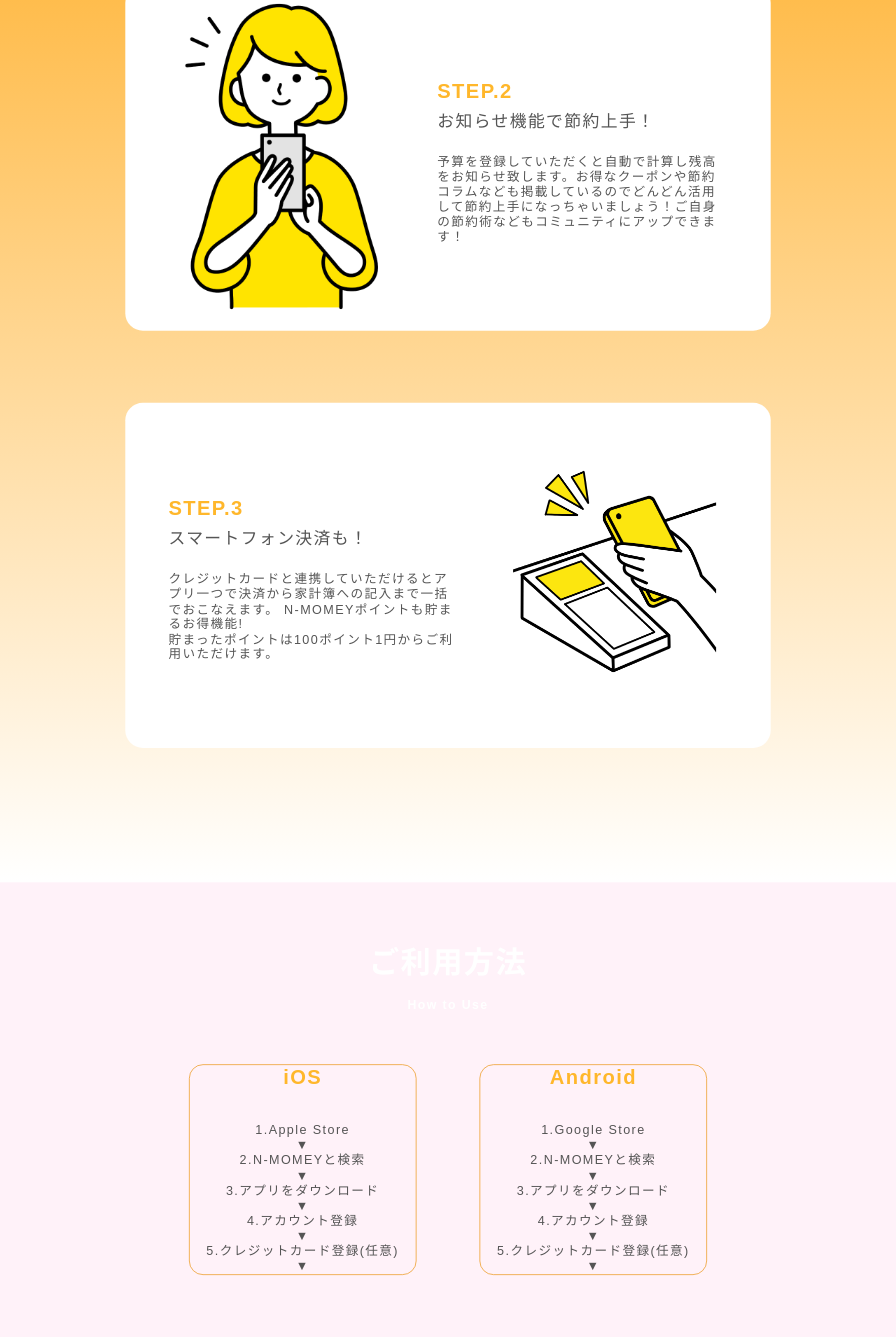
Repository: nozomi-23/lp2_test
Page: index.html
An editor plug-in stored every save of this project. The page is shown before and after a run of saves, followed by the edit.
The browser window is 1280 px wide. The pictures show the part of the page from y = 1919 to 3839 px (the page is 3829 px tall before and 3839 px after), at 70% of full size.
Some web fonts or font styles are not loaded; a fallback is used.

Above is the page before, as saved 2022-06-18 15:37:41.

After the next 5 saves:
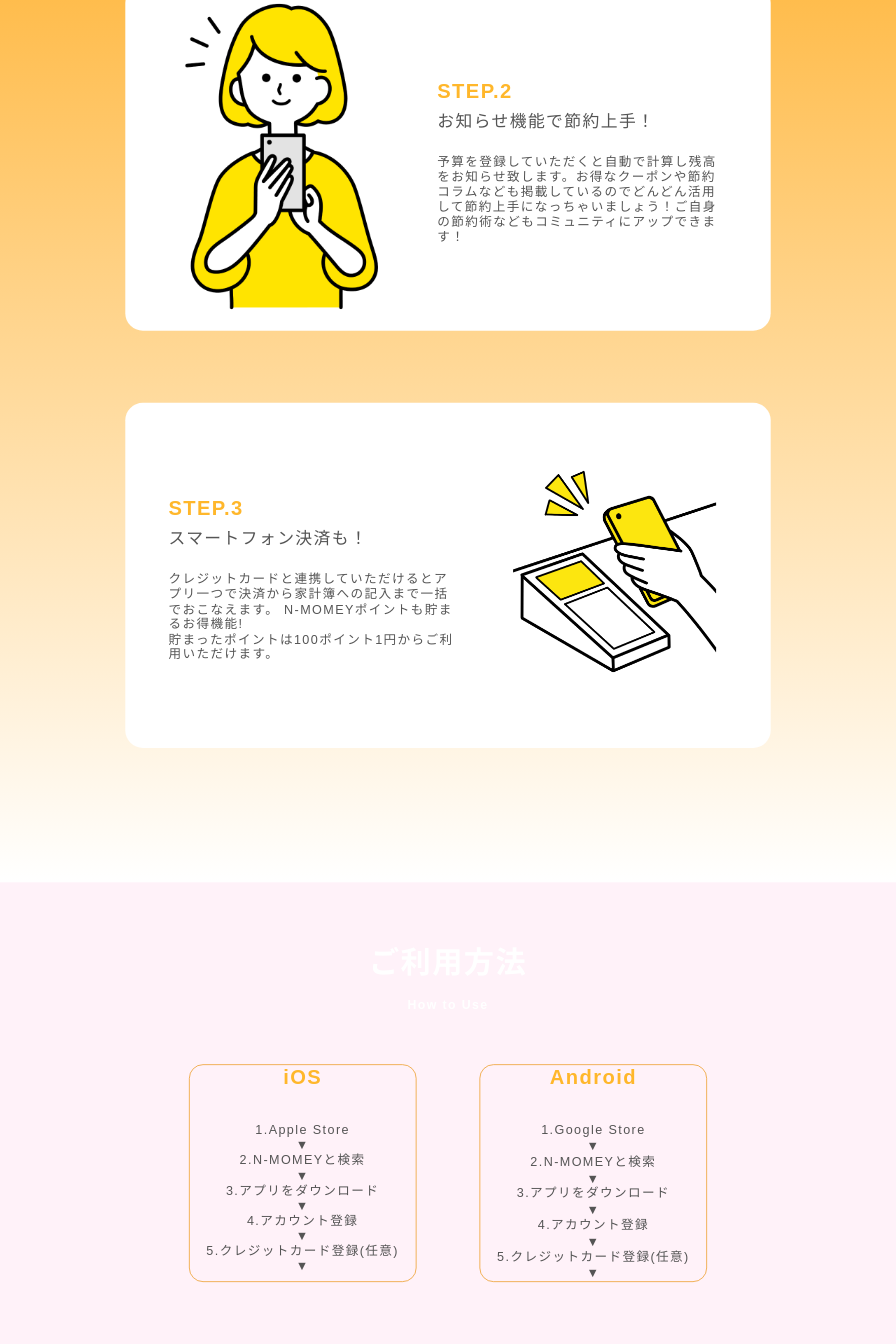
The 5 saves are shown as one change because they came seconds apart.
The last was saved 14 s later.
--- a/css/common.css
+++ b/css/common.css
@@ -235,4 +235,6 @@ how
   font-size: 1.8rem;
   margin-bottom: 15%;
 }
-.how_list
+.how_list li {
+  padding-bottom: 2px;
+}
